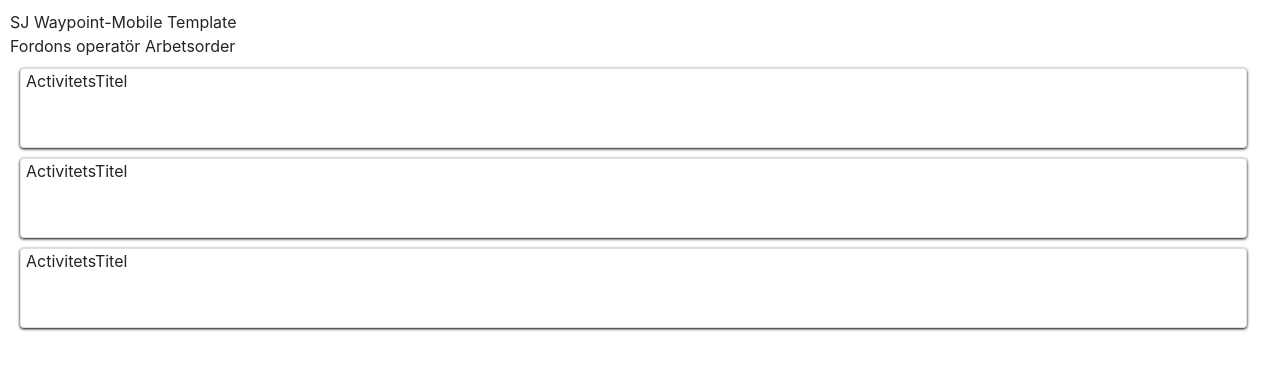
Repository: AdrianaLarsson/yarn-next-typescript
Page: /
The author's editor kept a copy of each file at every save. The page is drawn from the files as they stood at one save, then again after a run of saves.
The browser window is 1280 px wide. The pictures show the whole page.
The project was rebuilt for these pictures with package versions that can differ from the ones it lists, and the page was loaded fresh each time. The framework's server and built-in components were replaced by stand-ins that run in the browser.

Above is the page before, as saved 2021-02-28 11:49:23.

After the next 15 saves:
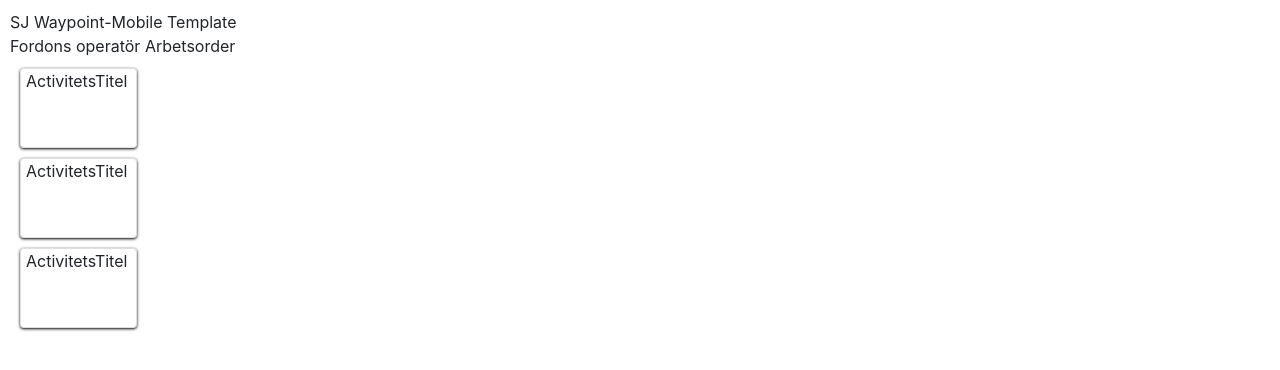
The 15 saves are shown as one change because they came seconds apart.
The last was saved 26 s later.
--- a/components/organisms/Card/Card.tsx
+++ b/components/organisms/Card/Card.tsx
@@ -6,7 +6,7 @@ import px2vw from '../../../styles/px2vw';
 
 const StyledCard = styled(Card)`
 display: flex;
-width: ${px2vw(280,2)};
+width: ${px2vw(280, 320)};
 height: 5em;
 margin: 10px;
 padding-left: 5px;
@@ -14,7 +14,7 @@ background-color: rgba(0,0,0,0.0);
 box-shadow: 0 1px 3px 0 rgba(0,0,0, 1.5);
 border-radius: 4px;
 @media (min-width: 1024px) {
-    width: ${px2vw(115, 120)};
+    width: ${px2vw(11, 120)};
   }
 `;
 export default StyledCard;
